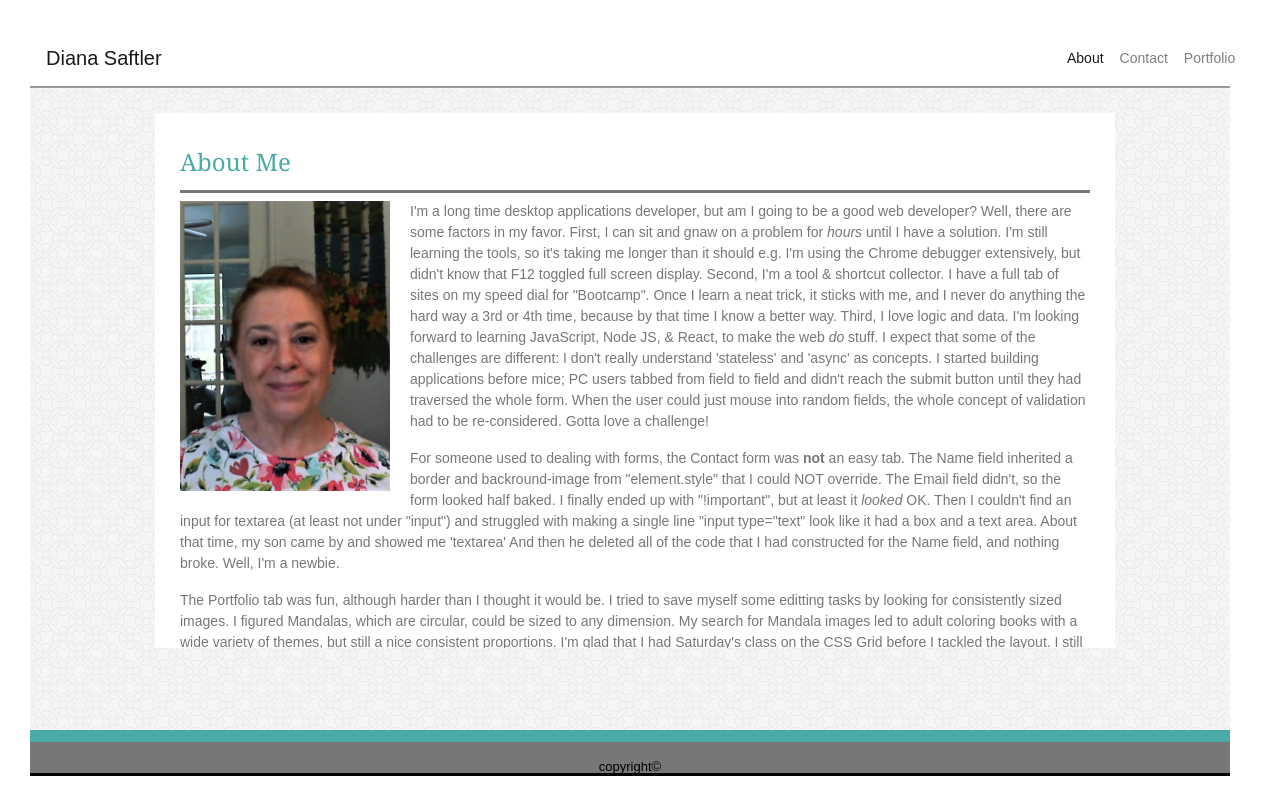
Repository: dsaftler/Bootstrap-Portfolio
Page: index.html
The author's editor kept a copy of each file at every save. The page is drawn from the files as they stood at one save, then again after the next save.
The browser window is 1280 px wide. The pictures show the whole page.
An inner scrolling area shows only its first screen.

Above is the page before, as saved 2019-03-20 22:17:56.

After the next save:
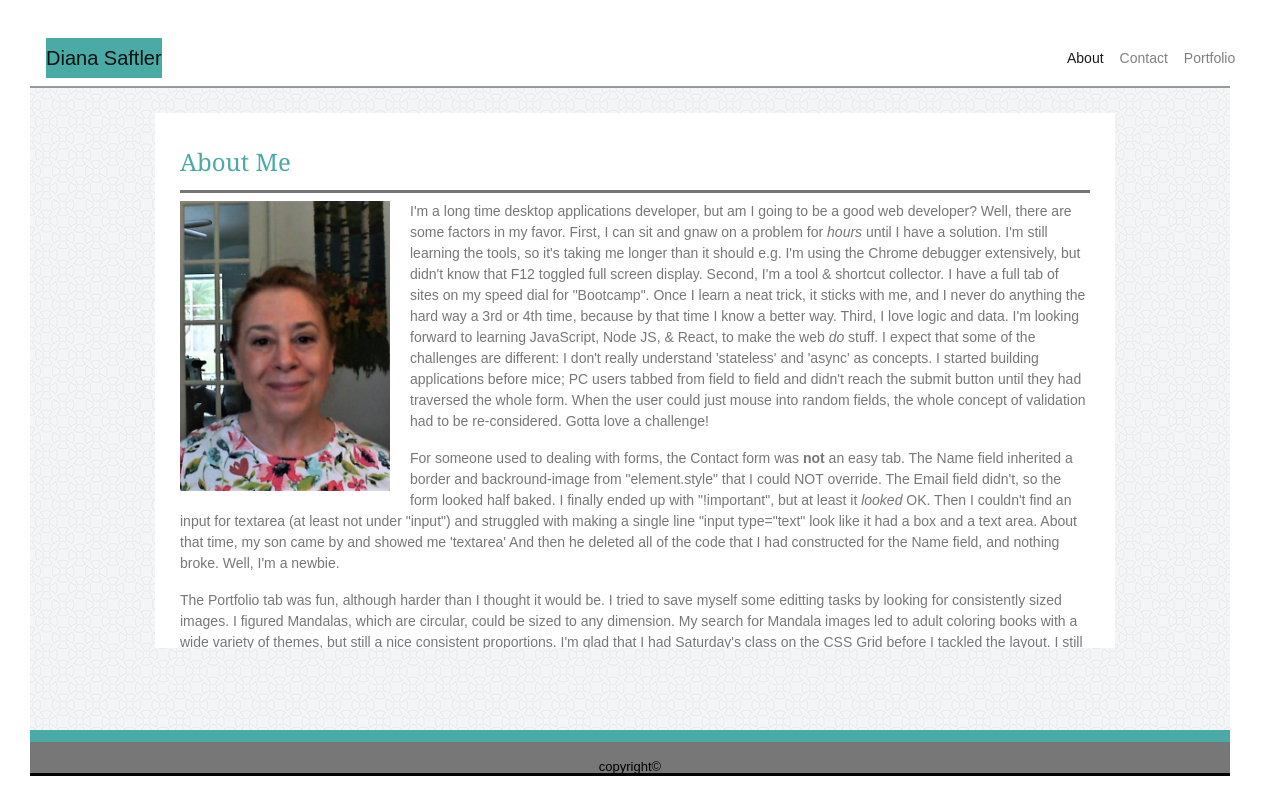
Saved 39 s later.
--- a/index.html
+++ b/index.html
@@ -10,7 +10,7 @@
 </head>
 <body>
     <nav class="navbar navbar-expand-lg navbar-light" >
-        <a class="navbar-brand" "style="background-color: #4aaaa5;" href="#">Diana Saftler</a>
+        <a class="navbar-brand" style="background-color: #4aaaa5;" href="#">Diana Saftler</a>
         <button class="navbar-toggler" type="button" data-toggle="collapse" data-target="#navbarSupportedContent" aria-controls="navbarSupportedContent" aria-expanded="false" aria-label="Toggle navigation">
           <span class="navbar-toggler-icon"></span>
         </button>
